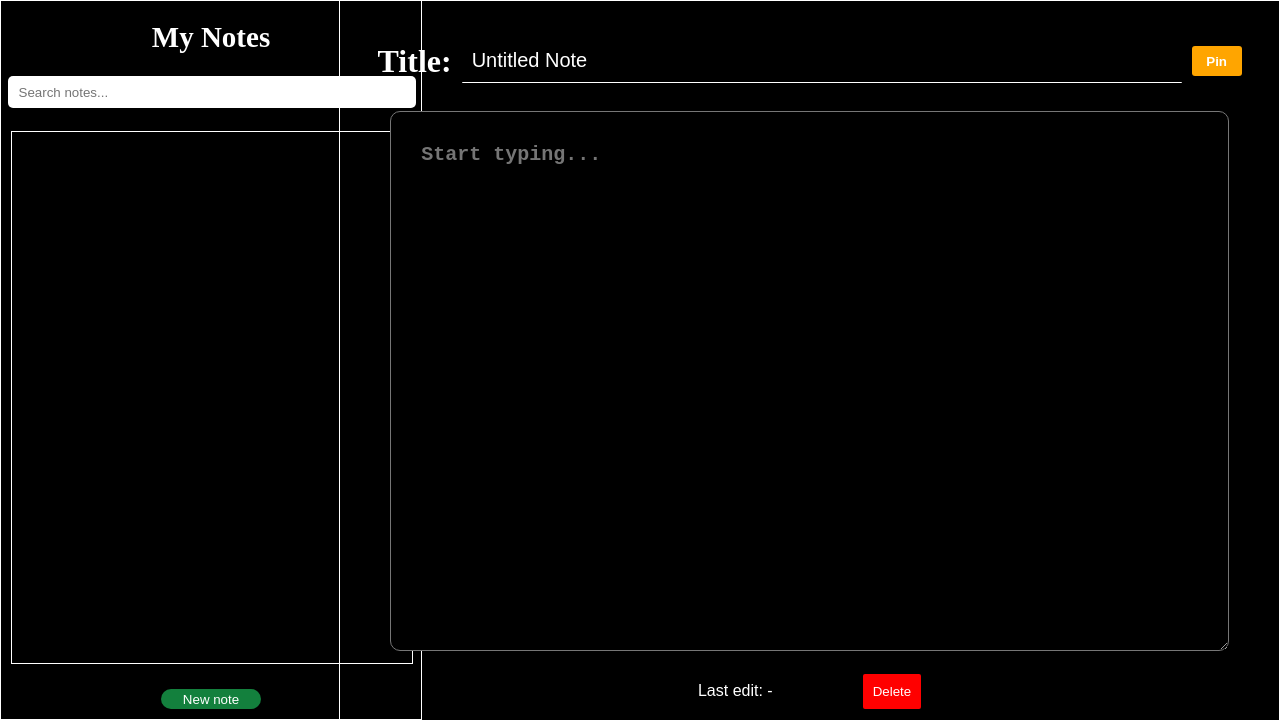
Repository: dmpelaez/myNotes
Page: QuickNotes.html
An editor plug-in stored every save of this project. The page is shown before and after the next save, followed by the edit.
The browser window is 1280 px wide. The pictures show the whole page.

Above is the page before, as saved 2025-12-18 21:47:02.

### QuickNotes.html
<!DOCTYPE html>

  <html>

    <head>

      <title>Quick Notes</title>

      <!--CSS LINK-->
      <link rel="stylesheet" href="QuickNotes.css">
    </head>
    <body>

      <!--Note section-->
      <aside class="aside-section">

        <!--My notes part-->
        <div class="myNotes">
          <p class="my-notes-text">My Notes</p>
        </div>
        <!--Search notes-->
        <div class="input-box">
          <input class="input" placeholder="Search notes...">
        </div>
        <!--Notes-->
        <div class="note-list"></div>
        <!--add button-->
        <button class="add-button">New note</button>

      </aside>

      <!---Typing section-->
      <main class="main-section">

        <!--Header-->
        <div class="header-section">
          <h1>Title:</h1>
          <input class="title-notes" placeholder="Untitled Note">
          <button class="pin-btn">Pin</button>
        </div>

        <!--text area-->
        <div class="texting-area">
          <textarea class="textarea" placeholder="Start typing..."></textarea>
        </div>

        <!---Delete button-->
        <div class="delete">
          <span class="edit">Last edit: -</span>
          <button class="delete-btn">Delete</button>
        </div>
      </main>


    </body>

  </html>

### QuickNotes.css
body {
  margin: 0;
  padding: 0;
  background: black;
  box-sizing: border-box;
}
* {
  color: rgb(255, 255, 255);
}
.aside-section {
  border: 1px solid white;
  display: grid;
  width: 400px;
  position: fixed;
  bottom: 0;
  top: 0;
  grid-template-rows: 40px 30px 1fr 20px;
  padding: 10px;
  gap: 25px;

}

.my-notes-text {
  display: flex;
  margin: 0px;
  justify-self: center;
  align-self: center;
  margin-top: 10px;
}
.note-list {
  border: 1px solid white;
  width: 100%;
}

.my-notes-text {
  font-weight: bold;
  font-size: 29px;
}

.input {
  color: black;
  display: flex;
  align-self: center;
  justify-self: center;
  Width: 99%;
  height: 100%;
  border-radius: 5px;
  border: none;
  outline: none;
  padding-left: 10px;
  margin-left: 1px;
}
.input::placeholder {
  padding-left: 1px;

}

.add-button {
  width: 100px;
  display: flex;
  justify-self: center;
  background: rgb(19, 128, 61);
  border: none;
  border-radius: 10px;
  color: white;
  font-family: arial;
  align-items: center;
  justify-content: center;
  cursor: pointer;
}

.note-list {
  display: grid;
}

.main-section {
  position: fixed;
  left: 26.5%;
  border: 1px solid white;
  right: 0px;
  height: 100%;
  display: grid;
  grid-template-rows: 70px 1fr 30px;
  gap: 40px;

}

.header-section {
  display: flex;
  justify-self: center;
  align-self: center;
  gap: 10px;
  margin-top: 50px;
  align-items: center;
}
.title-notes {
  width: 700px;
  padding: 10px;
  border-radius: 1px;
  background: none;
  border: none;
  border-bottom: 1px solid white;
  outline: none;
 font-size: 20px;
 font-family: arial;
}

.title-notes::placeholder {
  color: white;
  font-family: arial;
  font-size: 20px;

}

.pin-btn {
  background: orange;
  border: none;
  border-radius: 3px;
  font-family: arial;
  font-weight: bold;
  width: 50px;
  height: 30px
}

.texting-area {
  display: flex;
  padding-right: 50px;
  padding-left: 50px;
}
.textarea {
  background: black;
  outline: none;
  display: flex;
  width: 100%;
  padding-left: 30px;
  padding-right: 80px;
  padding-top: 30px;
  line-height: 25px;
  font-size: 20px;
  font-weight: bold;
  border-radius: 10px;
}

.delete {
  display: flex;
  justify-content: center;
  align-items: center;
  gap: 90px;
  margin-bottom: 40px;

}
.delete-btn {
  background: red;
  border: none;
  border-radius: 2px;
  padding: 10px;
  cursor: pointer;
}
.edit {
  font-family: arial;
}

After the next save:
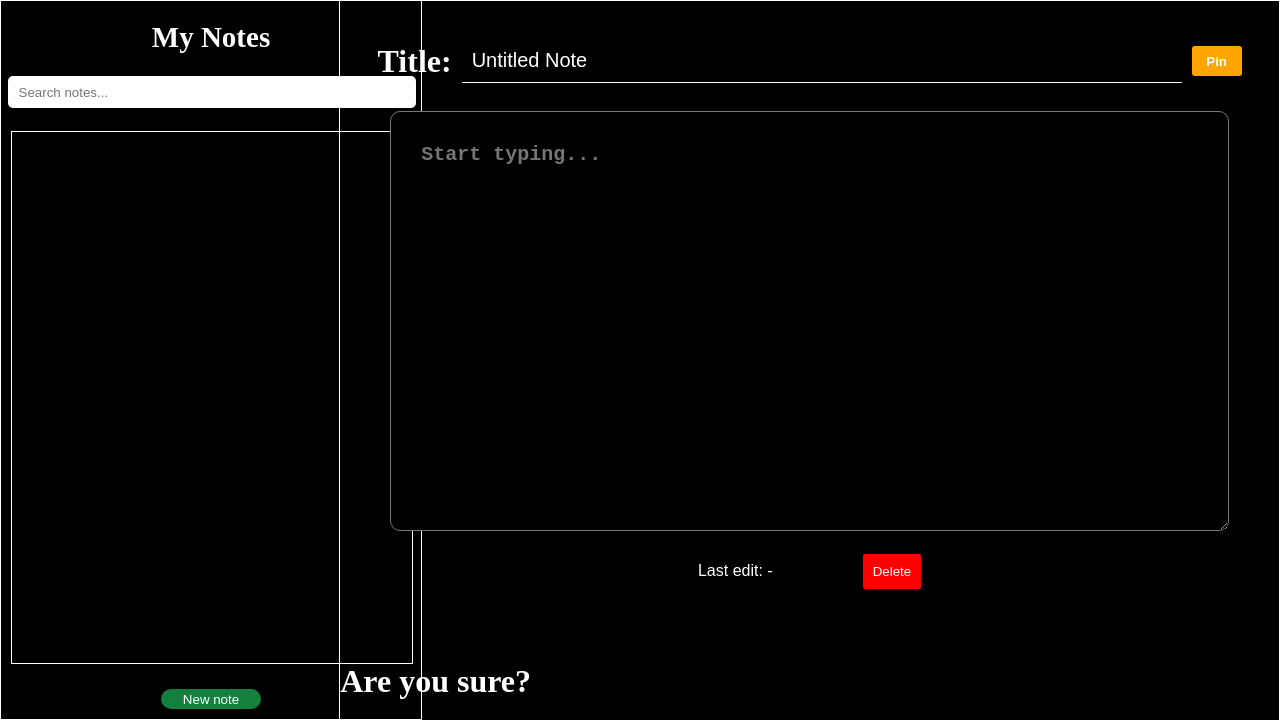
Saved 3 min 13 s later.
--- a/QuickNotes.html
+++ b/QuickNotes.html
@@ -49,6 +49,16 @@
           <span class="edit">Last edit: -</span>
           <button class="delete-btn">Delete</button>
         </div>
+
+        <div class="delete-confirm">
+
+          <div class="modal-delete">
+            <h1>Are you sure?</h1>
+
+          </div>
+
+        </div>
+
       </main>
 
 
